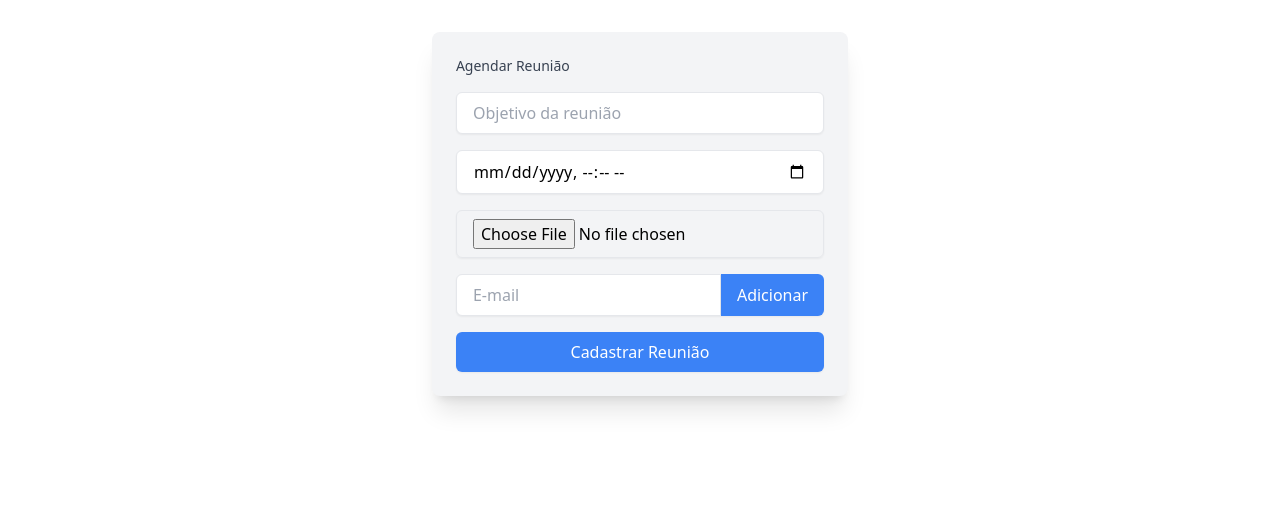
Repository: TamiBeira/meeting
Page: /
The author's editor kept a copy of each file at every save. The page is drawn from the files as they stood at one save, then again after the next save.
The browser window is 1280 px wide. The pictures show the whole page.
The project was rebuilt for these pictures with package versions that can differ from the ones it lists, and the page was loaded fresh each time. Also part of the build but not shown: vite.config.ts.

Above is the page before, as saved 2024-02-26 16:17:59.

### index.html
<!doctype html>
<html lang="pt">
  <head>
    <meta charset="UTF-8" />
    <meta name="viewport" content="width=device-width, initial-scale=1.0" />
    <title>Meeting</title>
  </head>
  <body>
    <div id="root"></div>
    <script type="module" src="/src/main.tsx"></script>
  </body>
</html>

### src/app.tsx
import { FormProvider } from './contexts/FormContext';
import { Form } from './components/Form';

export const App = () => {
  return (
    <FormProvider>
      <Form />
    </FormProvider>
  );
};

### src/contexts/FormContext.tsx
import React, { ReactNode, createContext, useContext, useState, ChangeEvent, FormEvent, Dispatch, SetStateAction } from "react";
import { toast, ToastContainer } from 'react-toastify';
import 'react-toastify/dist/ReactToastify.css';

export interface MeetingContextDataProps {
  data: string;
  hora: string;
  imagem: string;
  title: string;
  emails: string[];
  emailInput: string;
  handleInputChange: (event: ChangeEvent<HTMLInputElement>, setterFunction: Dispatch<SetStateAction<string>>) => void;
  handleEmailInputChange: (event: ChangeEvent<HTMLInputElement>) => void;
  handleAddEmail: () => void;
  handleSubmit: (event: FormEvent<HTMLFormElement>) => void;
}

interface MeetingContextProviderProps {
  children: ReactNode;
}

const FormContext = createContext({} as MeetingContextDataProps);

export const useFormContext = () => {
  return useContext(FormContext);
};

export const FormProvider = ({ children }: MeetingContextProviderProps) => {
  const [data, setData] = useState('');
  const [hora, setHora] = useState('');
  const [imagem, setImagem] = useState('');
  const [title, setTitle] = useState('');
  const [emails, setEmails] = useState([]);
  const [emailInput, setEmailInput] = useState('');

  const handleDataChange = (event) => {
    setData(event.target.value);
  };

  const handleImagemChange = (event) => {
    setImagem(event.target.value);
  };

  const handleTitleChange = (event) => {
    setTitle(event.target.value);
  };

  const handleHoraChange = (event) => {
    setHora(event.target.value);
  };

  const handleEmailInputChange = (event) => {
    setEmailInput(event.target.value);
  };

  const handleAddEmail = () => {
    setEmails([...emails, emailInput]);
    setEmailInput('');
  };

  const handleSubmit = async (event) => {
    event.preventDefault();

    // Extrair a data e a hora do formato do campo de entrada de datetime-local
    const selectedDateTime = new Date(`${data}T${hora}`);
    const formattedDate = selectedDateTime.toLocaleDateString('pt-BR');
    const formattedTime = selectedDateTime.toLocaleTimeString('pt-BR', { hour: '2-digit', minute: '2-digit' });

    // Criação dos dados da reunião
    const meetingData = {
      title,
      data: formattedDate,
      hora: formattedTime,
      imagem,
      emails
    };

    // Verifica se há dados previamente armazenados na localStorage
    const existingData = localStorage.getItem('meetingData');
    let allMeetings = [];

    if (existingData) {
      // Se houver, recupera os dados e converte para objeto JavaScript
      allMeetings = JSON.parse(existingData);
    }

    // Adiciona os novos dados à lista de todas as reuniões
    allMeetings.push(meetingData);

    // Salva a lista atualizada na localStorage
    localStorage.setItem('meetingData', JSON.stringify(allMeetings));

    // Envio de e-mails para os participantes
    const emailText = `Detalhes da Reunião:
      Título: ${title}
      Data: ${formattedDate}
      Hora: ${formattedTime}
      ...`;
    emails.forEach((email) => {
      sendEmail(email, 'Detalhes da Reunião', emailText);
    });

    // Limpa os campos após o salvamento
    setData('');
    setHora('');
    setImagem('');
    setTitle('');
    setEmailInput('');
    setEmails([]);

    // Exibe mensagem de sucesso
    toast.success('Reunião cadastrada com sucesso e e-mails enviados!');
  };




  return (
    <FormContext.Provider
      value={{
        data,
        hora,
        imagem,
        title,
        emails,
        emailInput,
        handleDataChange,
        handleImagemChange,
        handleTitleChange,
        handleHoraChange,
        handleEmailInputChange,
        handleAddEmail,
        handleSubmit,
      }}
    >
      {children}
    </FormContext.Provider>
  );
};

### src/components/Form.tsx
import { useFormContext } from "../contexts/FormContext";
import { ToastContainer } from 'react-toastify';
export const Form = () => {
  const {
    data,
    hora,
    imagem,
    title,
    emails,
    emailInput,
    handleDataChange,
    handleImagemChange,
    handleTitleChange,
    handleHoraChange,
    handleEmailInputChange,
    handleAddEmail,
    handleSubmit,
  } = useFormContext();

  return (
    <main className="flex justify-center mt-8">
      <div className="mx-auto max-w-md p-6 bg-gray-100 rounded-lg shadow-xl">
        <form onSubmit={handleSubmit} className="space-y-4">
          <label htmlFor="reuniao" className="block text-sm font-medium text-gray-700">Agendar Reunião</label>
          <input
            type="text"
            placeholder="Objetivo da reunião"
            id="reuniao"
            value={title}
            onChange={handleTitleChange}
            className="block w-full px-4 py-2 border rounded-md shadow-sm focus:outline-none focus:ring-blue-500 focus:border-blue-500"
          />
          <input
            type="datetime-local"
            name="data"
            id="data"
            value={data}
            onChange={handleDataChange}
            className="block w-full px-4 py-2 border rounded-md shadow-sm focus:outline-none focus:ring-blue-500 focus:border-blue-500"
          />
          <input
            type="file"
            name="imagem"
            id="imagem"
            value={imagem}
            onChange={handleImagemChange}
            className="block w-full px-4 py-2 border rounded-md shadow-sm focus:outline-none focus:ring-blue-500 focus:border-blue-500"
          />
          <div className="flex">
            <input
              type="text"
              placeholder="E-mail"
              value={emailInput}
              onChange={handleEmailInputChange}
              className="block flex-1 w-full px-4 py-2 border rounded-l-md shadow-sm focus:outline-none focus:ring-blue-500 focus:border-blue-500"
            />
            <button
              type="button"
              onClick={handleAddEmail}
              className="px-4 py-2 bg-blue-500 text-white rounded-r-md shadow-sm hover:bg-blue-600 focus:outline-none focus:ring-blue-500 focus:border-blue-500"
            >
              Adicionar
            </button>
          </div>
          <div>
            {emails.map((email, index) => (
              <div key={index}>{email}</div>
            ))}
          </div>
          <button
            type="submit"
            className="block w-full px-4 py-2 bg-blue-500 text-white rounded-md shadow-sm hover:bg-blue-600 focus:outline-none focus:ring-blue-500 focus:border-blue-500"
          >
            Cadastrar Reunião
          </button>
        </form>
        <ToastContainer />
      </div>
    </main>
  );
};

### tailwind.config.js
/** @type {import('tailwindcss').Config} */
export default {
  content: [
    "./index.html",
    "./src/**/*.tsx",
  ],
  theme: {
    extend: {},
  },
  plugins: [],
}

Loaded but not shown: src/main.tsx (common file); src/index.css (common file)

After the next save:
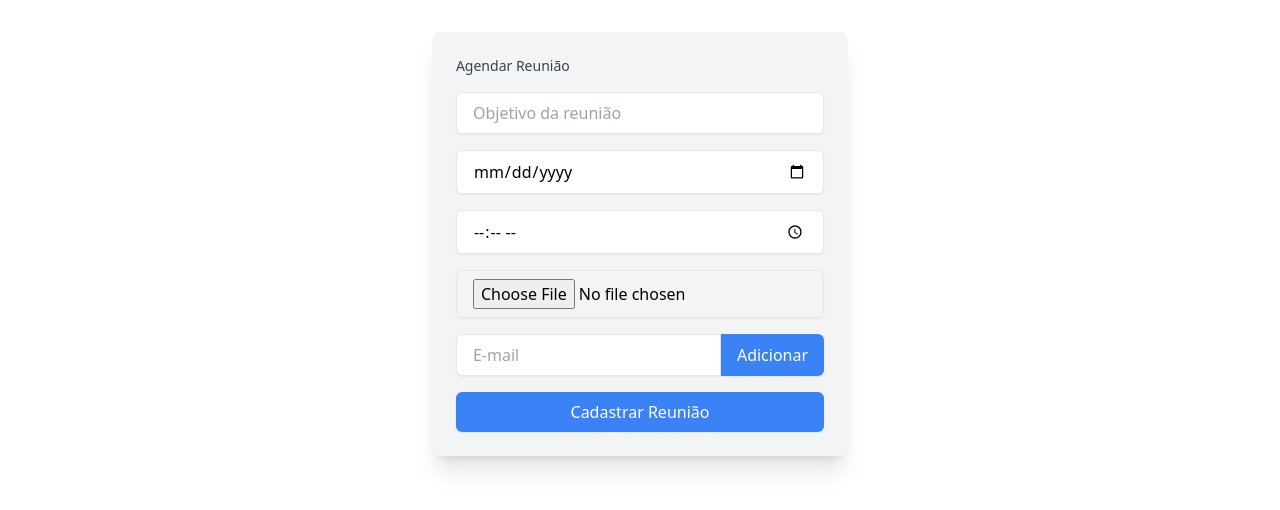
Saved 23 min 58 s later.
--- a/src/components/Form.tsx
+++ b/src/components/Form.tsx
@@ -1,5 +1,6 @@
 import { useFormContext } from "../contexts/FormContext";
 import { ToastContainer } from 'react-toastify';
+
 export const Form = () => {
   const {
     data,
@@ -31,11 +32,19 @@ export const Form = () => {
             className="block w-full px-4 py-2 border rounded-md shadow-sm focus:outline-none focus:ring-blue-500 focus:border-blue-500"
           />
           <input
-            type="datetime-local"
+            type="date"
             name="data"
             id="data"
             value={data}
             onChange={handleDataChange}
+            className="block w-full px-4 py-2 border rounded-md shadow-sm focus:outline-none focus:ring-blue-500 focus:border-blue-500"
+          />
+          <input
+            type="time"
+            name="hora"
+            id="hora"
+            value={hora}
+            onChange={handleHoraChange}
             className="block w-full px-4 py-2 border rounded-md shadow-sm focus:outline-none focus:ring-blue-500 focus:border-blue-500"
           />
           <input
